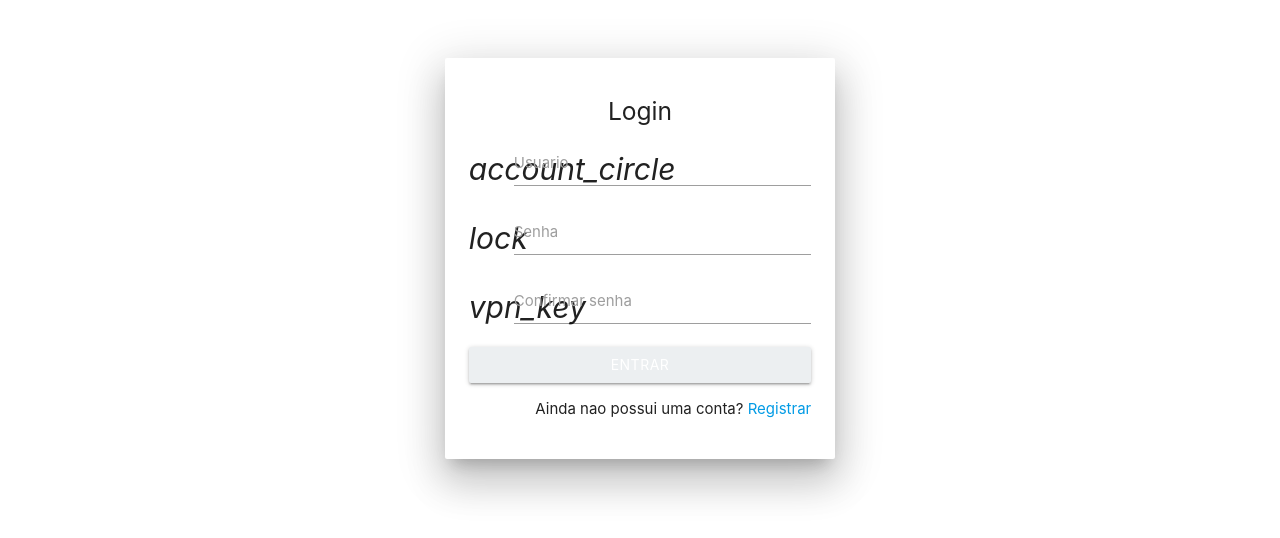
Repository: luizasilveira/TechWeb
Page: http://localhost/techWebP1/login.jsp
An editor plug-in stored every save of this project. The page is shown before and after the next save, followed by the edit.
The browser window is 1280 px wide. The pictures show the whole page.
The page is served by Tomcat 9. Other server files are loaded and not shown.

Above is the page before, as saved 2019-09-10 12:46:45.

### Projeto1/techWebP1/WebContent/login.jsp
<%@ page language="java" contentType="text/html; charset=ISO-8859-1"
	pageEncoding="ISO-8859-1"%>
<!DOCTYPE html>
<html>
<head>
<meta charset="ISO-8859-1">
<title>Login</title>
<link href="https://fonts.googleapis.com/icon?family=Material+Icons"
	rel="stylesheet">
<!--Import materialize.css-->
<link rel="stylesheet"
	href="https://cdnjs.cloudflare.com/ajax/libs/materialize/1.0.0/css/materialize.min.css">


<style>
body {
background-color: white;
	width: 100%;
	margin: auto;
	padding: 50px;
	text-align: center;
}
</style>


</head>

<body>


	<div class="container" id="content">


		<div class="row">
			<div class="col l3 m3 s12"></div>
			<div class="col l6 m6 s12">
				<form action="" method="POST">
					<div class="card-panel z-depth-5">
						<h5 class="center">Login</h5>
						<div class="input-field">
							<i class="material-icons prefix">account_circle</i> <input
								type="text" name="username"> <label> Usuario</label>
						</div>


						<div class="input-field">
							<i class="material-icons prefix">lock</i> <input type="password"
								name="pass1"> <label>Senha</label>
						</div>


						<div class="input-field">
							<i class="material-icons prefix">vpn_key</i> <input
								type="password" name="pass2"> <label>Confirmar
								senha</label>
						</div>

						<input type="submit" name="submit" value="Entrar"
							class="btn left col s12 blue-grey lighten-5">
						<p class="right">
							Ainda nao possui uma conta? <a href="#login"
								class="modal-trigger">Registrar</a>
						</p>

						<div class="clearfix"></div>
					</div>
				</form>

			</div>

		</div>
	</div>






	<script src="https://code.jquery.com/jquery-1.12.0.min.js"></script>
	<script
		src="https://cdnjs.cloudflare.com/ajax/libs/materialize/1.0.0/js/materialize.min.js"></script>

After the next save:
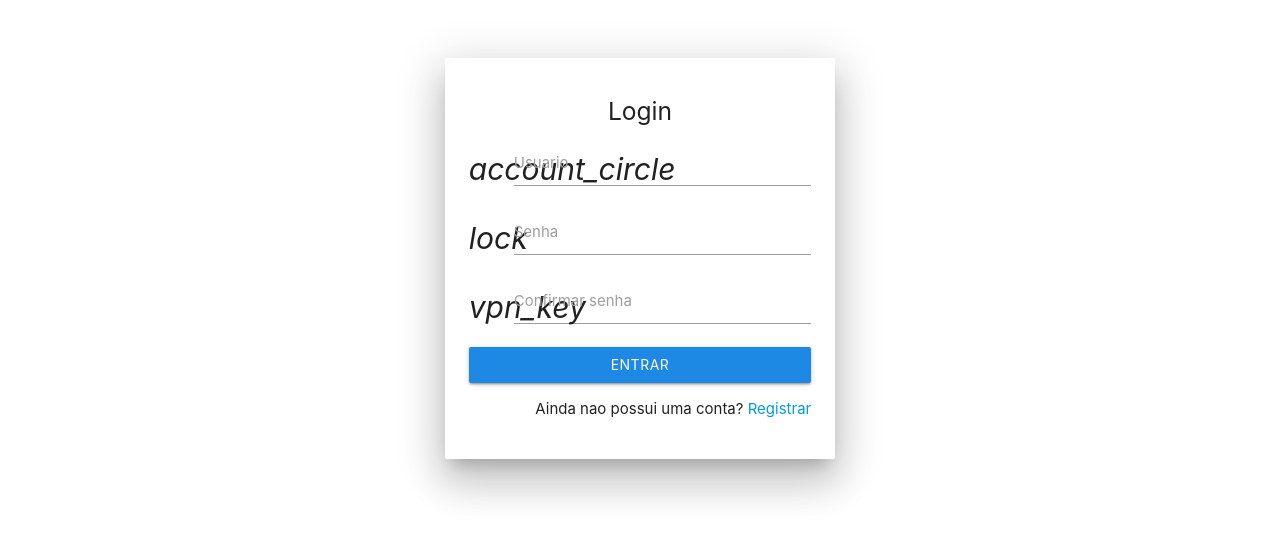
Saved 59 s later.
--- a/Projeto1/techWebP1/WebContent/login.jsp
+++ b/Projeto1/techWebP1/WebContent/login.jsp
@@ -56,7 +56,7 @@ background-color: white;
 						</div>
 
 						<input type="submit" name="submit" value="Entrar"
-							class="btn left col s12 blue-grey lighten-5">
+							class="btn left col s12  blue darken-1">
 						<p class="right">
 							Ainda nao possui uma conta? <a href="#login"
 								class="modal-trigger">Registrar</a>
